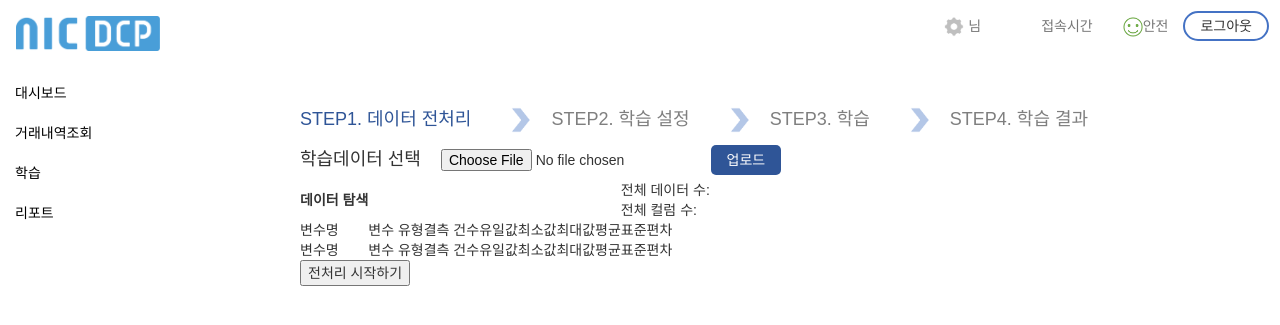
Repository: zzyeah0/project01
Page: http://localhost/nicdcp_frontend/step1.jsp
These files come from the project's save history. The page is drawn as it stood at one moment and after the next save; the edit follows.
The browser window is 1280 px wide. The pictures show the whole page.
Some web fonts or font styles are not loaded; a fallback is used. The page is served by Tomcat 9. Other server files are loaded and not shown. The template is opened directly, without the code that normally fills it, so the values that code supplies are empty.

Above is the page before, as saved 2021-05-24 09:49:07.

### nicdcp_frontend/src/main/webapp/step1.jsp
<%@ page language="java" contentType="text/html; charset=UTF-8"
    pageEncoding="UTF-8"%>
<%@ taglib prefix="c" uri="http://java.sun.com/jsp/jstl/core" %>
<!DOCTYPE html>
<html>
<head>
<meta charset="UTF-8">
<meta name="viewport" content="width=device-width", initial-scale="1">
<link rel="stylesheet" href="css/bootstrap.css">
<link rel="stylesheet" href="css/nicdcp.css">
<title>NICDCP</title>
</head>
<body>
<script>
	function checkFile() {
		var fm = document.fileForm;
		var fnm = fm.uploadFile;
		var ext = fnm.value;

		if(!(ext.substr(ext.length-3) == 'cvs')) {
			alert("CVS 파일만 업로드 가능합니다.");
			return false;
		}
		fm.submit();
	}
</script>
	<jsp:include page="/header.jsp" />
	<div class="pages">
		<table>
			<tr>
				<td><h4 class="text-blue">STEP1. 데이터 전처리</h4></td>
				<td><img src="./image/next.png" class="next-img" alt="" /></td>
				<td><h4 class="text-grey">STEP2. 학습 설정</h4></td>
				<td><img src="./image/next.png" class="next-img" alt="" /></td>
				<td><h4 class="text-grey">STEP3. 학습</h4></td>
				<td><img src="./image/next.png" class="next-img" alt="" /></td>
				<td><h4 class="text-grey">STEP4. 학습 결과</h4></td>
			</tr>
		</table>
		<form action="<%= application.getContextPath() %>/dataUpload.do" method="post" enctype="multipart/form-data">
		<table>
			<tr>
				<th><h4>학습데이터 선택</h4></th>
				<td colspan="7">
					<input type="file" name="file"/>
				</td>
				<td>
					<input type="submit" value="업로드" class="btn blue"/>
				</td>
			</tr>
		</table>
		</form>
		<table>
			<tr>
				<th>데이터 탐색</th>
				<td colspan="6"></td>
				<td>전체 데이터 수: <br/>전체 컬럼 수: </td>
			</tr>
			<tr>
				<td>변수명</td>
				<td>변수 유형</td>
				<td>결측 건수</td>
				<td>유일값</td>
				<td>최소값</td>
				<td>최대값</td>
				<td>평균</td>
				<td>표준편차</td>
			</tr>
			<tr>
				<td>변수명</td>
				<td>변수 유형</td>
				<td>결측 건수</td>
				<td>유일값</td>
				<td>최소값</td>
				<td>최대값</td>
				<td>평균</td>
				<td>표준편차</td>
			</tr>
		</table>
		<input type="button" onclick="location.href='step2.jsp'" value="전처리 시작하기" />
	</div>
</body>
</html>

### nicdcp_frontend/src/main/webapp/header.jsp
<%@ page language="java" contentType="text/html; charset=UTF-8"
    pageEncoding="UTF-8"%>
<!DOCTYPE html>
<html>
<head>
<meta charset="UTF-8">
<meta name="viewport" content="width=device-width", initial-scale="1">
<link rel="stylesheet" href="css/bootstrap.css">
<link rel="stylesheet" href="css/nicdcp.css">
<title>Insert title here</title>
<script
  src="https://code.jquery.com/jquery-3.6.0.min.js"
  integrity="sha256-/xUj+3OJU5yExlq6GSYGSHk7tPXikynS7ogEvDej/m4="
  crossorigin="anonymous"></script>
</head>
<body>
	<nav class="navbar navbar-default">
		<div class="navbar-header">
			<button type="button" class="navbar-toggle collapsed" data-toggle="collapse" data-targe="#bs-example-navbar-collapse-1"	aria-expanded="false">
				<span class="icon-bar"></span>
				<span class="icon-bar"></span>
				<span class="icon-bar"></span>
			</button>
			<a class="navbar-brand" href="<%=request.getContextPath() %>/dashboard.do"><img class="logo" src="./image/NIC-DCP.png"/></a>
		</div>
		<div class="collapse navbar-collapse" id="bs-example-navbar-collapse-1">
			<ul class="nav navbar-nav navbar-right">
				<li><a href="password.jsp"><img src="./image/config.png" id="config-img" alt="" /> ${emp_name}님</a></li>
				<li><a>${emp_ip}</a></li>
				<li><a>접속시간</a></li>
				<li><a><img src="./image/safe.png" class="invasion-monitoring-img" alt="" />안전</a></li>
				<li><button id="logout-btn" onclick="location.href='logout.do'">로그아웃</button></li>
			</ul>
		</div>
	</nav>
	<div class="vertical-nav">
		<ul class="nav navbar-left">
			<li><a href="<%=request.getContextPath() %>/dashboard.do">대시보드</a></li>
			<li><a href="<%=request.getContextPath() %>/transaction.do">거래내역조회</a></li>
			<li><a href="<%=request.getContextPath() %>/learningList.do">학습</a></li>
			<li><a href="<%=request.getContextPath() %>/report.do">리포트</a></li>
		</ul>
	</div>
</body>
</html>

### nicdcp_frontend/src/main/webapp/css/nicdcp.css
@font-face {
	font-family: 'Noto Sans KR';
	font-style: normal;
	font-weight: 100;
	src: url(//fonts.gstatic.com/ea/notosanskr/v2/NotoSansKR-Thin.woff2) format('woff2'),url(//fonts.gstatic.com/ea/notosanskr/v2/NotoSansKR-Thin.woff) format('woff'),url(//fonts.gstatic.com/ea/notosanskr/v2/NotoSansKR-Thin.otf) format('opentype');
	}
@font-face {
	font-family: 'Noto Sans KR';
	font-style: normal;
	font-weight: 300;
	src: url(//fonts.gstatic.com/ea/notosanskr/v2/NotoSansKR-Light.woff2) format('woff2'),url(//fonts.gstatic.com/ea/notosanskr/v2/NotoSansKR-Light.woff) format('woff'),url(//fonts.gstatic.com/ea/notosanskr/v2/NotoSansKR-Light.otf) format('opentype');
	}
	@font-face {
	font-family: 'Noto Sans KR';
	font-style: normal;
	font-weight: 400;
	src: url(//fonts.gstatic.com/ea/notosanskr/v2/NotoSansKR-Regular.woff2) format('woff2'),url(//fonts.gstatic.com/ea/notosanskr/v2/NotoSansKR-Regular.woff) format('woff'),url(//fonts.gstatic.com/ea/notosanskr/v2/NotoSansKR-Regular.otf) format('opentype');
	}
	@font-face {
	font-family: 'Noto Sans KR';
	font-style: normal;
	font-weight: 500;
	src: url(//fonts.gstatic.com/ea/notosanskr/v2/NotoSansKR-Medium.woff2) format('woff2'),url(//fonts.gstatic.com/ea/notosanskr/v2/NotoSansKR-Medium.woff) format('woff'),url(//fonts.gstatic.com/ea/notosanskr/v2/NotoSansKR-Medium.otf) format('opentype');
	}
	@font-face {
	font-family: 'Noto Sans KR';
	font-style: normal;
	font-weight: 700;
	src: url(//fonts.gstatic.com/ea/notosanskr/v2/NotoSansKR-Bold.woff2) format('woff2'),url(//fonts.gstatic.com/ea/notosanskr/v2/NotoSansKR-Bold.woff) format('woff'),url(//fonts.gstatic.com/ea/notosanskr/v2/NotoSansKR-Bold.otf) format('opentype');
	}
	@font-face {
	font-family: 'Noto Sans KR';
	font-style: normal;
	font-weight: 900;
	src: url(//fonts.gstatic.com/ea/notosanskr/v2/NotoSansKR-Black.woff2) format('woff2'),url(//fonts.gstatic.com/ea/notosanskr/v2/NotoSansKR-Black.woff) format('woff'),url(//fonts.gstatic.com/ea/notosanskr/v2/NotoSansKR-Black.otf) format('opentype');
	}
	body, h1, h2, h3, h4, h5, h6, input, textarea, select {
	font-family: 'Noto Sans KR', sans-serif;
	}



/* 버튼 길이 */
.btn-long {
	width: 230px;
	height: 40px;
}

.container {
	width: 100%;
	height: 100vh;
	display: flex;
}

.loginBox{
	margin:auto;
	text-align: center;
}

#lostPwdTb {
	margin-top: -60%;
	width: 400px;
}

.loginLogo {
	max-width: 400px;
	min-width: 100px;
	padding-bottom: 100px;
	margin-top: -100px;
}

.step-bar {
	width: 29%;
	height: 5px;
	float: left;
	margin-left: 5px;
	border: none;
	margin-bottom: 40px;
}

.loginBox table {
	margin:auto;
}

.loginImg {
	width: 30px;
	margin: 2px;
}

.loginInput {
	background-color: #DAE3F3;
	border: 0px;
	width: 200px;
	height: 30px;
	padding: 5px;
	border-radius: 3px;
}

.title{
	font-size: 20px;
	font-weight: bold;
	text-align: left;
}

.vertical-nav{
	float:left;
	width: 200px;
	height: 100%;
}

.pages {
	position: absolute;
	left: 300px;
	top: 100px;
}

#performance {
	width: 200px;
	margin-bottom: 30px;
}

th{
	text-align: center;
}

.regi th{
	padding: 10px 10px;
}

.logo {
	height: 35px;
}

#config-img{
	width: 20px;
}

.invasion-monitoring-img{
	width: 20px;
}

#logout-btn {
	border-radius: 15px;
	border: 2px solid #4472C4;
	padding: 3px 15px;
	margin-top: 10px;
	margin-right: 10px;
	background-color: white;
}

.box{
	position: relative;
	margin: 10px;
	padding: 10px;
	background-color: #E2F0D9;
	border-radius: 10px;
}

.short {
	width: 180px;
	height: 100px;
}

.long {
	width: 250px;
	height: 80px;
}

.big {
	width: 250px;
	height: 125px;
}

.transp {
	background-color:white;
	border: solid 3px #2F528F;
	margin: 10px;
	padding: 10px;
	border-radius: 10px;
	max-height: 300px;
}

.transp table {
	width: 100%;
}

.transp th {
	text-align: left;
	padding: 0 10px;
}
.transp td {
	text-align: center;
}
.box img {
	width: 15px;
}

.box button {
	border: none;
	outline: none;
	background-color: transparent;
	position: absolute;
	top: 7px;
	right: 7px;
}

#more-btn{
	width: 20px;
}

#learning-btn{
	float: right;
	width: 100px;
}

.explainBox {
	border: solid 1px #D9D9D9;
	float: right;
	padding: 10px;
	margin-top: 50px;
	width: 50%;
}
.filter {
	background-color: #ADB9CA;
	padding: 10px;
}

.filter table{
	min-width: 800px;
	min-height: 100px;
}

.content table{
	min-width: 820px;
	margin-top: 20px;
}
.content table tr{
	height: 30px;
	text-align: center;
}

.d-tb table{
	min-width: 600px;
}

.d-tb tr{
	height: 30px;
	text-align: center;
}

.d-tb th{
	background-color: #D9D9D9;
}
.btn{
	border-radius: 5px;
	border: none;
	padding: 5px;
	margin: 5px;
	color: white;
	min-width: 70px;
}

.content th {
	background-color: #D9D9D9;
	text-align: center;
}

.content td a:link{
	color: black;
	text-decoration: none;
}

.content td a:hover{
	color: #4472C4;
	text-decoration: none;
}

.yesorno {
	width: 20px;
}

.align-left{
	text-align: left;
}

.align-center{
	text-align: center;
}

h4{
	text-align: left;
	margin-right: 20px;
}

a{
	color: black;
	text-decoration: none;
}
a:hover {
	color: black;
	text-decoration: none;
}

.text-blue {
	color: #2F5597;
}

.text-grey {
	color: #7F7F7F;
}

.next-img {
	width: 20px;
	margin: 0 20px;
}
.inline {
	display: inline-block;
}

.report-tb th {
	background-color: #D9D9D9;
	text-align: center;
}

/*background-color*/
.blue {
	background-color: #2F5597;
}

.liblue2 {
	background-color: #4472C4;
}

.liblue {
	background-color: #8FAADC;
}

.grey {
	background-color: #AFABAB;
}

.ligrey {
	background-color: #AFABAB;
}

.red {
	background-color: #FBE5D6;
}

.coral {
	background-color: #F4B183;
}

.yellow{
	background-color: #FFF2CC;
}

Loaded but not shown: nicdcp_frontend/src/main/webapp/css/bootstrap.css (library)

After the next save:
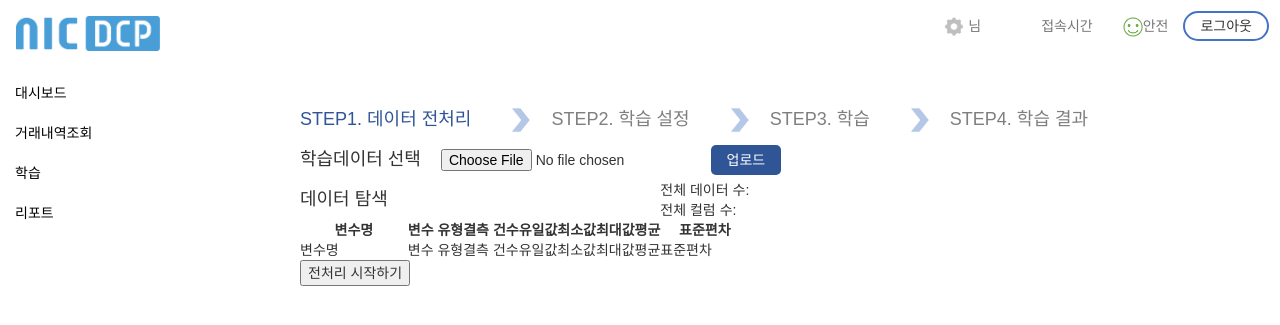
Saved 40 s later.
--- a/nicdcp_frontend/src/main/webapp/step1.jsp
+++ b/nicdcp_frontend/src/main/webapp/step1.jsp
@@ -52,19 +52,19 @@
 		</form>
 		<table>
 			<tr>
-				<th>데이터 탐색</th>
+				<td><h4>데이터 탐색</h4></td>
 				<td colspan="6"></td>
 				<td>전체 데이터 수: <br/>전체 컬럼 수: </td>
 			</tr>
 			<tr>
-				<td>변수명</td>
-				<td>변수 유형</td>
-				<td>결측 건수</td>
-				<td>유일값</td>
-				<td>최소값</td>
-				<td>최대값</td>
-				<td>평균</td>
-				<td>표준편차</td>
+				<th>변수명</th>
+				<th>변수 유형</th>
+				<th>결측 건수</th>
+				<th>유일값</th>
+				<th>최소값</th>
+				<th>최대값</th>
+				<th>평균</th>
+				<th>표준편차</th>
 			</tr>
 			<tr>
 				<td>변수명</td>
